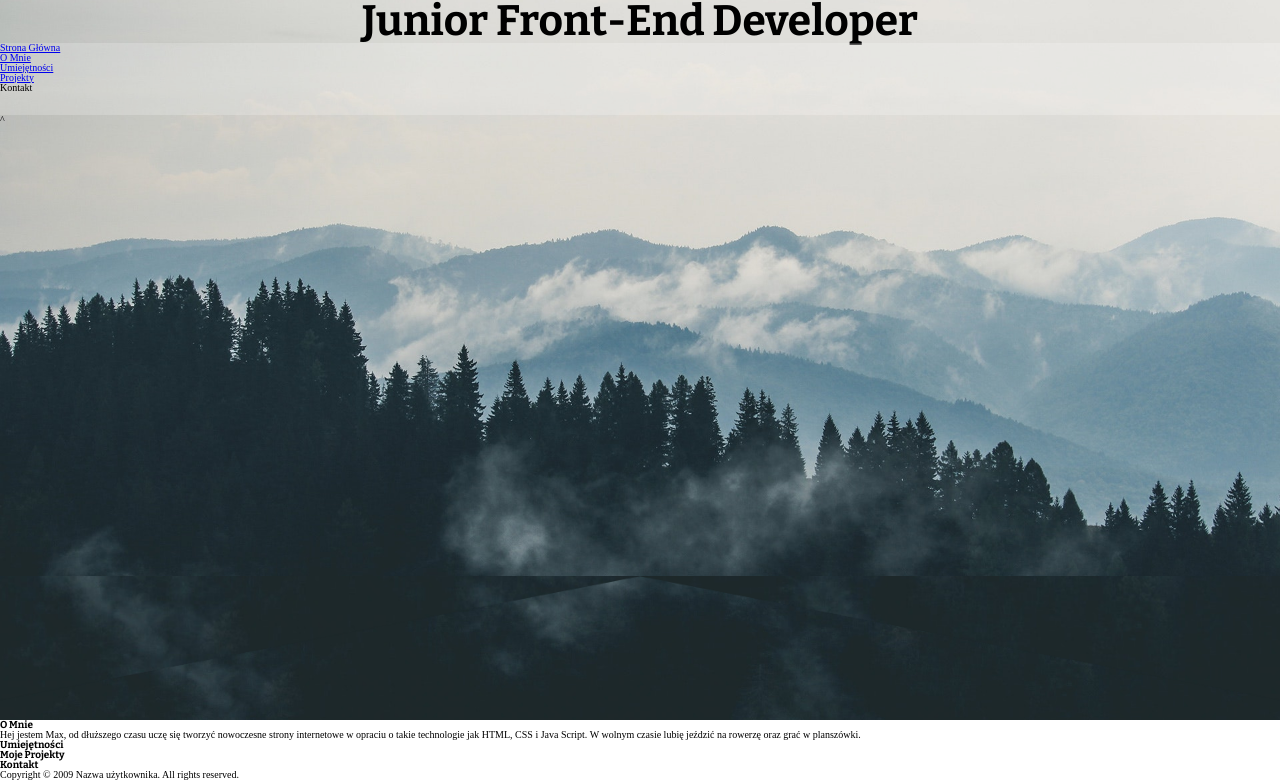
Repository: Maxs777/wizytowka
Page: index.html
These files come from the project's save history. The page is drawn as it stood at one moment and after a run of saves; the edit follows.
The browser window is 1280 px wide. The pictures show the whole page.

Above is the page before, as saved 2019-03-10 12:47:07.

### index.html
<!DOCTYPE html>
<html lang="pl">
<head>
    <meta charset="UTF-8">
    <meta name="viewport" content="width=device-width, initial-scale=1.0">
    <meta http-equiv="X-UA-Compatible" content="ie=edge">
    <link rel="stylesheet" href="_css/style.css">
    <title>Strona-wizytówka</title>
    <meta name="description" content="Jest to moja pierwsza strona-wizytówka">
    <meta name="author" content="Maksymilian Suchocki">
    <link href="https://fonts.googleapis.com/css?family=Bitter:400i,700&amp;subset=latin-ext" rel="stylesheet">
    <link rel="stylesheet" href="https://use.fontawesome.com/releases/v5.7.2/css/all.css"
        integrity="sha384-fnmOCqbTlWIlj8LyTjo7mOUStjsKC4pOpQbqyi7RrhN7udi9RwhKkMHpvLbHG9Sr" crossorigin="anonymous">


</head>
<body>
    <h2 class="hide">Strona Wizytówka - Maksymilian Suchocki</h2>
   <div class="container">
       <header>
        <h1>Junior Front-End Developer</h1>
        <nav>
            <h2 class="hide">Główna Nawigacja</h2>
            <ul>
                <li><a href="#header">Strona Główna</a></li>
                <li><a href="#section1">O Mnie</a></li>
                <li><a href="#section2">Umiejętności</a></li>
                <li><a href="#section3">Projekty</a></li>
                <li><a href="#section4"></a>Kontakt</li>
            </ul>
        </nav>
           <div class="wrapper">^</div>
           <div class="downimage"></div>
        </header>
        <main role="main">
            <section id="section1" class="me">
                <h2 class="hide">Informacje o autorze</h2>
                <article class="aboutme">
                    <h2>O Mnie</h2>
                    <p>Hej jestem Max, od dłuższego czasu uczę się tworzyć nowoczesne strony internetowe w opraciu o takie technologie jak HTML, CSS i Java Script. W wolnym czasie lubię jeździć na rowerzę oraz grać w planszówki.</p>
                </article>
                <article class="skills">
                    <h2>Umiejętności</h2>
                </article>
            </section>
            <section id="section3" class="project">
                <h2>Moje Projekty</h2>
            </section>
            <section id="section4" class="contact">
                <h2>Kontakt</h2>
            </section>
        </main>
       <footer>
<p>
    Copyright © 2009 Nazwa użytkownika. All rights reserved.</p>
       </footer>
   </div>
</body>
</html>

### _css/style.css
@import url('reset.css');

:root{
    /* -----------------------------fonts */
    font-size: 62.5%;
    /* font-family: 'Bitter', serif; */

    /*---------------------------- colors */
    --dark-blue-color: #2C3E50;
    --red-color: #E74C3C;
    --white-color: #ECF0F1;
    --main-blue: #3498DB;
    --second-blue: #2980B9;
    /* ---------------------------------- */
}

*,
*::after,
*::before{
    box-sizing: border-box;
}

h1, h2{
    font-family: 'Bitter',
    serif;
}

h1{
    font-size: 4.25rem;
    font-weight: bold;
    text-align: center;
}

nav{
    background-color: rgba(255, 255, 255, .2);
    height: 10vh;
    position: sticky;
    text-decoration: none;


}

.hide{
    position: absolute;
    clip:rect(0px 0px 0px 0px);
    *clip: rect(0 0 0 0);
}

header{
    height: 100vh;
    width: 100vw;
    background: url(../_assets/_img/background.jpg) center / cover;
    /* overflow: hidden; */
}

.downimage{
        background: url(../_assets/_img/background1.png) bottom / cover no-repeat;
        height: 20vh;
        width: 100vw;
        position: absolute;
        top: 80vh;
}

Loaded but not shown: _css/reset.css (common file)

After the next 2 saves:
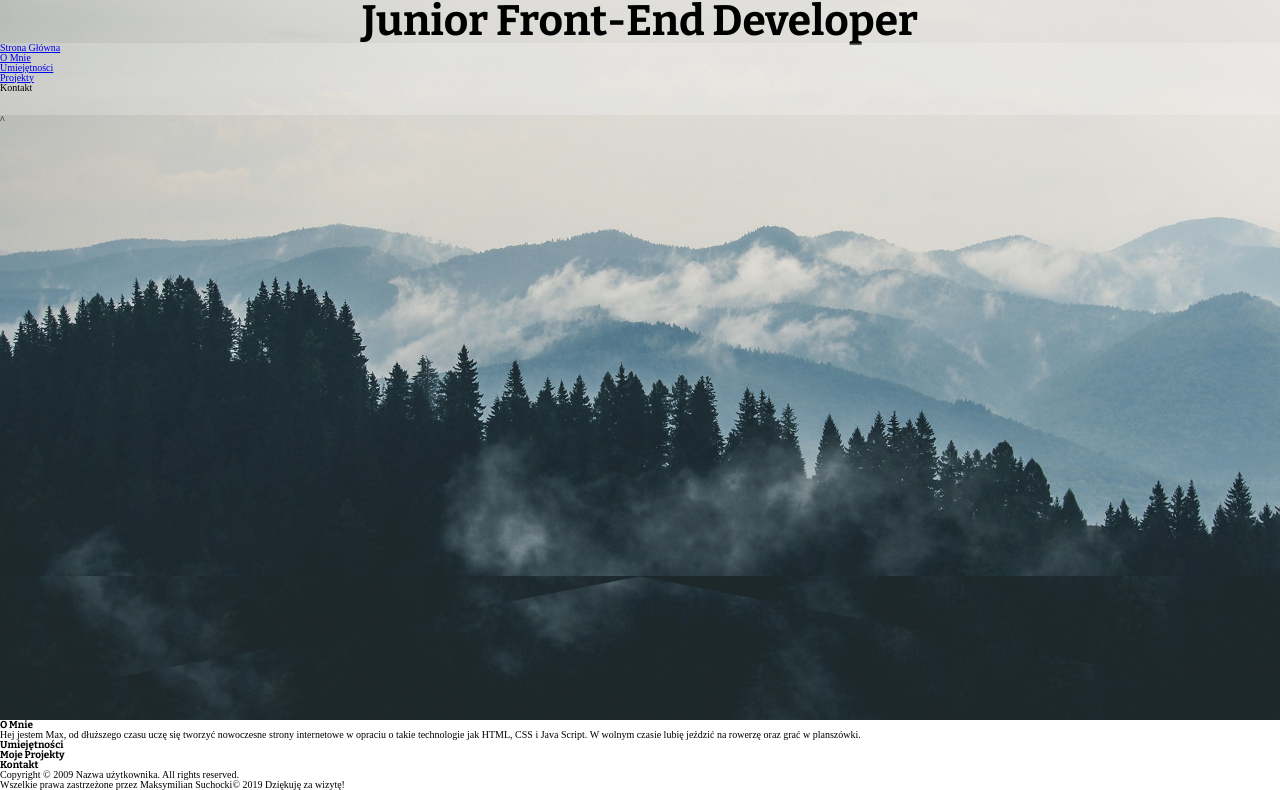
The 2 saves are shown as one change because they came seconds apart.
The last was saved 7 s later.
--- a/index.html
+++ b/index.html
@@ -51,8 +51,8 @@
             </section>
         </main>
        <footer>
-<p>
-    Copyright © 2009 Nazwa użytkownika. All rights reserved.</p>
+Copyright © 2009 Nazwa użytkownika. All rights reserved.
+        <p>Wszelkie prawa zastrzeżone przez Maksymilian Suchocki&copy; 2019 Dziękuję za wizytę!</p>
        </footer>
    </div>
 </body>
